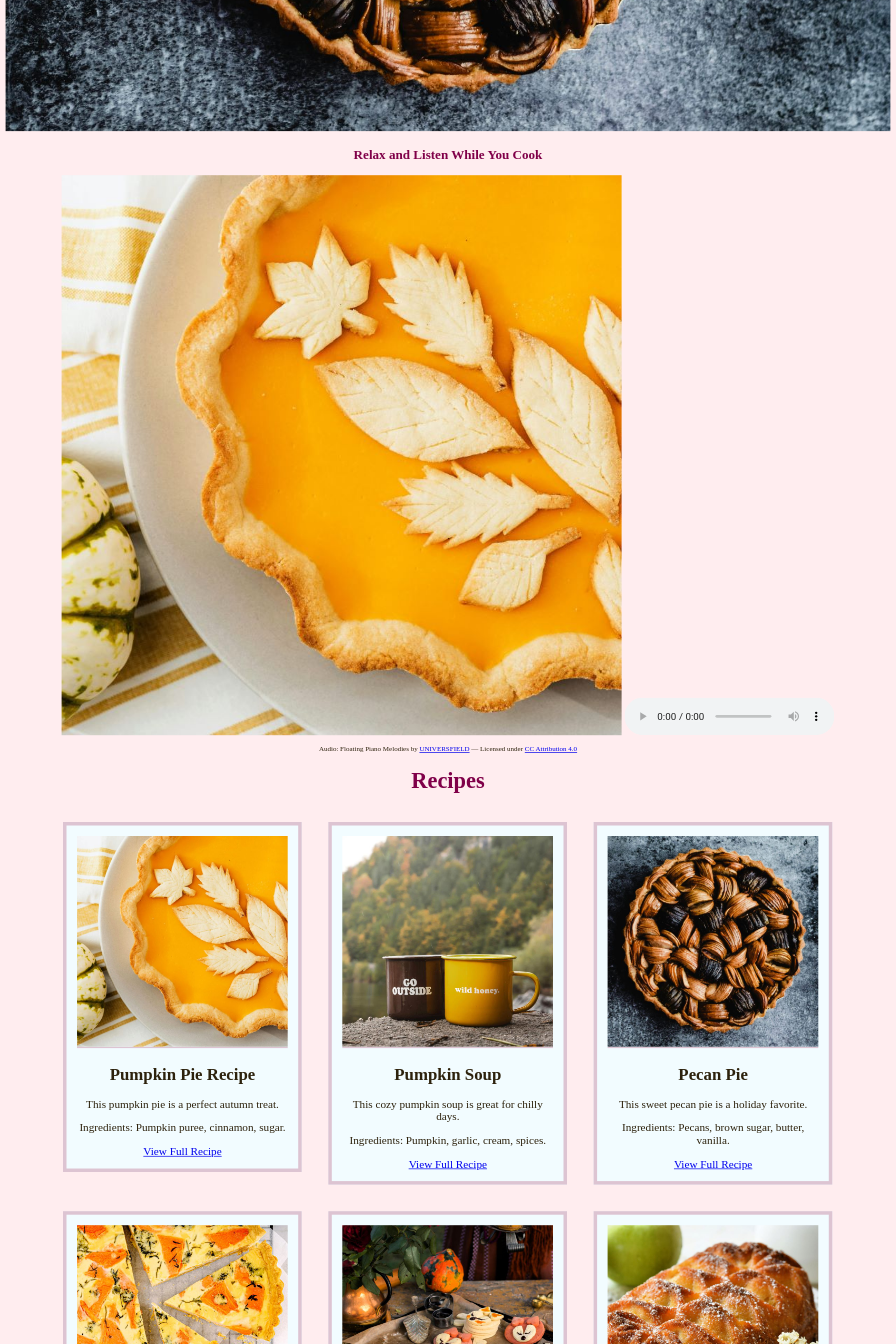
Repository: Brittany-Westlund/MART341-WebDesign
Page: WebDesignHomework/Assignment8/recipes.html
The author's editor kept a copy of each file at every save. The page is drawn from the files as they stood at one save, then again after the next save.
The browser window is 1280 px wide. The pictures show the part of the page from y = 736 to 2656 px (the page is 3530 px tall before and 2948 px after), at 70% of full size.
Pictures or frames that could not be fetched are drawn as grey boxes.

Above is the page before, as saved 2024-10-13 14:24:53.

### WebDesignHomework/Assignment8/recipes.html
<!DOCTYPE html>
<html lang="en">
<head>
    <meta charset="UTF-8">
    <meta name="viewport" content="width=device-width, initial-scale=1.0">
    <title>Autumn Orchard</title>

    <style>
        body {
            background-color: rgb(255, 237, 239);
        }
        h1 {
            color: rgb(128, 0, 73);
        }
        h3 {
            color: rgb(128, 0, 73);
            text-align: center;
        }
        h2, p {
            color: rgb(45, 34, 13);
            text-align: center;
        }
        .nav {
            float: right;
            padding: 10px;
        }
        .recipe-section {
            width: 90%;
            margin: 0 auto;
            padding: 0 20px 20px 20px;
        }
        .recipe {
            width: 30%;
            float: left;
            margin: 1.66%; /* Spacing between the recipes */
            border: 5px solid rgb(221, 196, 210);
            padding: 15px;
            background-color: #f2fcff;
            box-sizing: border-box; /* Ensures padding and border are included in width */
            text-align: center; /* Centers text and images in the recipe div */
        }
        .recipe img {
            width: 100%; /* Makes images full width of container */
            height: auto;
            border-bottom: 2px solid rgb(221, 196, 210); /* Adds border to separate image */
        }
        .clear {
            clear: both; /* Clears the float for the content that follows */
        }

    .media-section {
        width: 90%;
        margin: 0 auto;
        padding: 20px;
    }
    .audio-section {
        width: 30%; /* Audio takes 1/3 of the width */
        height: 300px;
        float: left;
        margin: 1.66%;
        border: 5px solid rgb(221, 196, 210);
        padding: 15px;
        background-color: #f2fcff;
        box-sizing: border-box;
        text-align: center;
    }
    .timer-section {
        width: 63%; /* Timer takes 2/3 of the width */
        height: 300px;
        float: left;
        margin: 1.66%;
        border: 5px solid rgb(221, 196, 210);
        padding: 15px;
        background-color: #f2fcff;
        box-sizing: border-box;
        text-align: center;
    }
    .clear {
        clear: both;
    }
</style>

</head>
<body>

<!-- Navigation Links -->
    <a class="nav" href="index.html">HOME</a>
    <a class="nav" href="activities.html">ACTIVITIES</a>
    <a class="nav" href="recipes.html">RECIPES</a>

    <h1 style="text-align: left;">Cozy Harvest</h1>


<!-- Hero image -->
    <img src="images/autumn-slices-pie-optimized.jpg" style="width: 100%;" alt="Autumn Pie">


<!-- Audio element -->
    <h3>Relax and Listen While You Cook</h3>
    <div style="text-align: center;">
        <img src="images/pumpkin-pie-leaves.jpg" alt="Pumpkin Pie">
        <audio controls loop>
            <source src="audio/floating-piano-melodies.mp3" type="audio/mpeg">
            Your browser does not support the audio element. <!-- Fallback text -->
        </audio>
        <!-- Audio attribution (attribution text provided by freesound after download) -->
        <p style="font-size: 10px;">Audio: Floating Piano Melodies by <a href="https://freesound.org/s/723971/" target="_blank">UNIVERSFIELD</a> — Licensed under <a href="https://creativecommons.org/licenses/by/4.0/" target="_blank">CC Attribution 4.0</a></p>
    </div>


<!-- Recipe section -->
    <h1 style="text-align: center;">Recipes</h1>
    <div class="recipe-section">
        <div class="recipe">
            <img src="images/pumpkin-pie-leaves.jpg" alt="Pumpkin Pie">
            <h2>Pumpkin Pie Recipe</h2>
            <p>This <span class="special-note">pumpkin pie</span> is a perfect autumn treat.</p>
            <p>Ingredients: Pumpkin puree, cinnamon, sugar.</p>
            <a href="https://www.williams-sonoma.com/recipe/pumpkin-pie.html" target="_blank">View Full Recipe</a>
        </div>

        <div class="recipe">
            <img src="images/autumn-coffee-mugs-square.jpg" alt="Pumpkin Soup">
            <h2>Pumpkin Soup</h2>
            <p>This <span class="special-note">cozy pumpkin soup</span> is great for chilly days.</p>
            <p>Ingredients: Pumpkin, garlic, cream, spices.</p>
            <a href="https://www.tasteofhome.com/recipes/pumpkin-soup/" target="_blank">View Full Recipe</a>
        </div>

        <div class="recipe">
            <img src="images/autumn-slices-pie-square.jpg" alt="Pecan Pie">
            <h2>Pecan Pie</h2>
            <p>This <span class="special-note">sweet pecan pie</span> is a holiday favorite.</p>
            <p>Ingredients: Pecans, brown sugar, butter, vanilla.</p>
            <a href="https://sugarspunrun.com/pecan-pie-recipe/" target="_blank">View Full Recipe</a>
        </div>

        <div class="recipe">
            <img src="images/autumn-quiche-square.jpg" alt="Butternut Squash Quiche">
            <h2>Butternut Squash Quiche</h2>
            <p>This <span class="special-note">creamy soup</span> is comforting and delicious.</p>
            <p>Ingredients: Butternut squash, egg, onion, cream.</p>
            <a href="https://www.shekeepsalovelyhome.com/butternut-squash-quiche/" target="_blank">View Full Recipe</a>
        </div>

        <div class="recipe">
            <img src="images/fox-cookies-square.jpg" alt="Fox Cookies">
            <h2>Fox Cookies</h2>
            <p>These <span class="special-note">fox cookies</span> are perfect for a fall dessert.</p>
            <p>Ingredients: Flour, cinnamon, nutmeg, butter.</p>
            <a href="https://thebearfootbaker.com/fun-little-fox-cookies/" target="_blank">View Full Recipe</a>
        </div>

        <div class="recipe">
            <img src="images/autumn-bundt-cake-square.jpg" alt="Pumpkin Bread">
            <h2>Pumpkin Bread</h2>
            <p>This <span class="special-note">soft pumpkin bread</span> is a must-bake.</p>
            <p>Ingredients: Pumpkin puree, sugar, cinnamon.</p>
            <a href="https://letsdishrecipes.com/autumn-spice-bundt-cake/" target="_blank">View Full Recipe</a>
        </div>

        <div class="clear"></div> <!-- Clears the float after the rows. The following code will not adhere to the float -->
    </div>

<!-- Media Section -->
    <h1 style="text-align: center;">Media</h1>
    <div class="media-section">

<!-- Audio element -->
    <div class="media-item audio-section">
        <h3>Relax and Listen While You Cook</h3>
        <audio controls loop>
            <source src="audio/floating-piano-melodies.mp3" type="audio/mpeg">
            Your browser does not support the audio element.
        </audio>
        <p style="font-size: 10px;">Audio: Floating Piano Melodies by <a href="https://freesound.org/s/723971/" target="_blank">UNIVERSFIELD</a> — Licensed under <a href="https://creativecommons.org/licenses/by/4.0/" target="_blank">CC Attribution 4.0</a></p>
    </div>

<!-- Cooking Timer iframe -->
    <div class="media-item timer-section">
        <h3>Set a Cooking Timer</h3>
        <iframe src="https://123timer.com/" width="100%" height="200"></iframe>
    </div>

    <div class="clear"></div> <!-- Clears float after the media items -->
    </div>


<!-- Escape character example -->
    <p>&copy; 2024 Autumn Orchard • Enjoy Your Harvest</p>

</body>
</html>

After the next save:
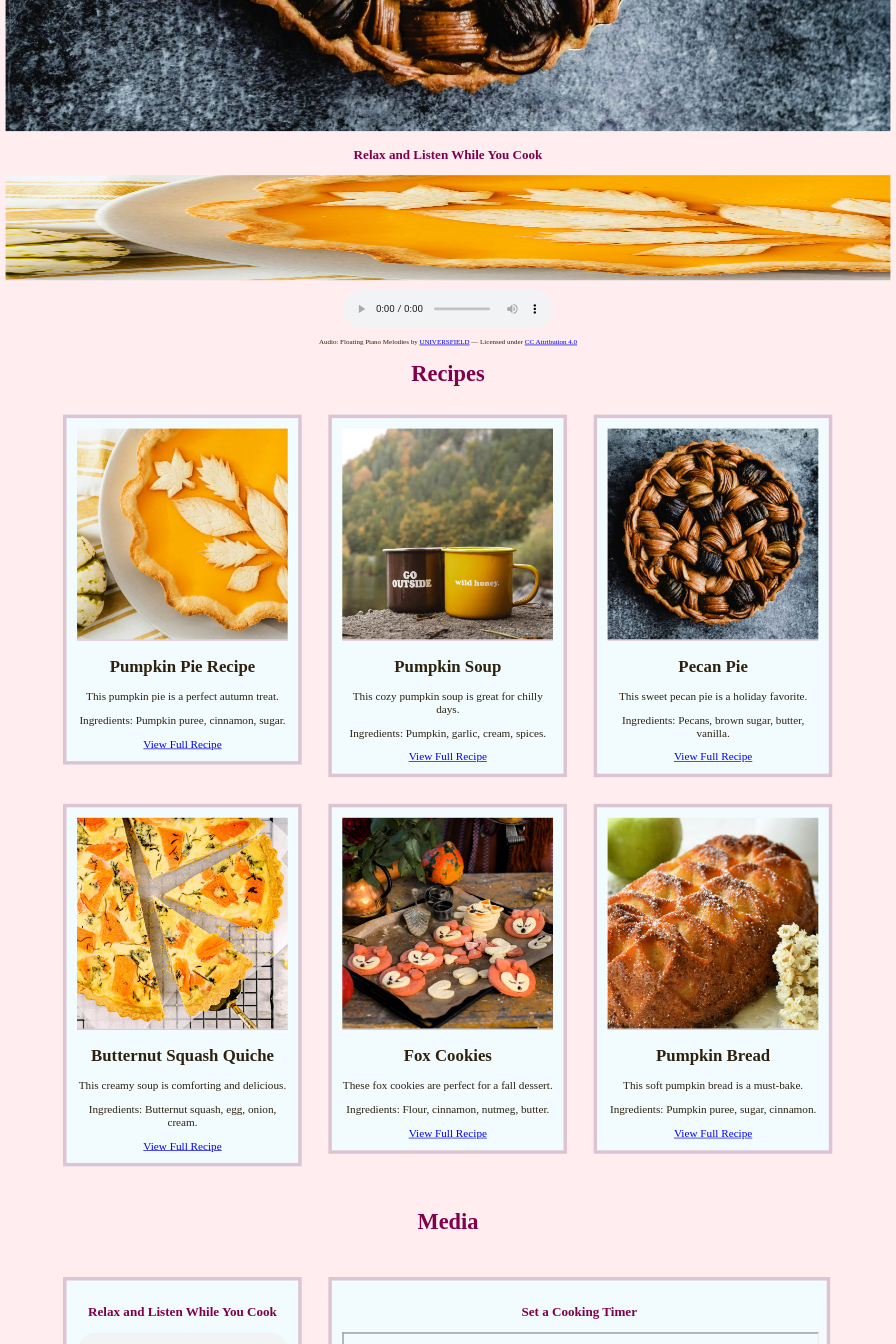
Saved 106 s later.
--- a/WebDesignHomework/Assignment8/recipes.html
+++ b/WebDesignHomework/Assignment8/recipes.html
@@ -98,7 +98,7 @@
 <!-- Audio element -->
     <h3>Relax and Listen While You Cook</h3>
     <div style="text-align: center;">
-        <img src="images/pumpkin-pie-leaves.jpg" alt="Pumpkin Pie">
+        <img src="images/pumpkin-pie-leaves.jpg" alt="Pumpkin Pie" style="width: 100%; height: auto; max-height: 150px; margin-bottom: 10px;">
         <audio controls loop>
             <source src="audio/floating-piano-melodies.mp3" type="audio/mpeg">
             Your browser does not support the audio element. <!-- Fallback text -->
